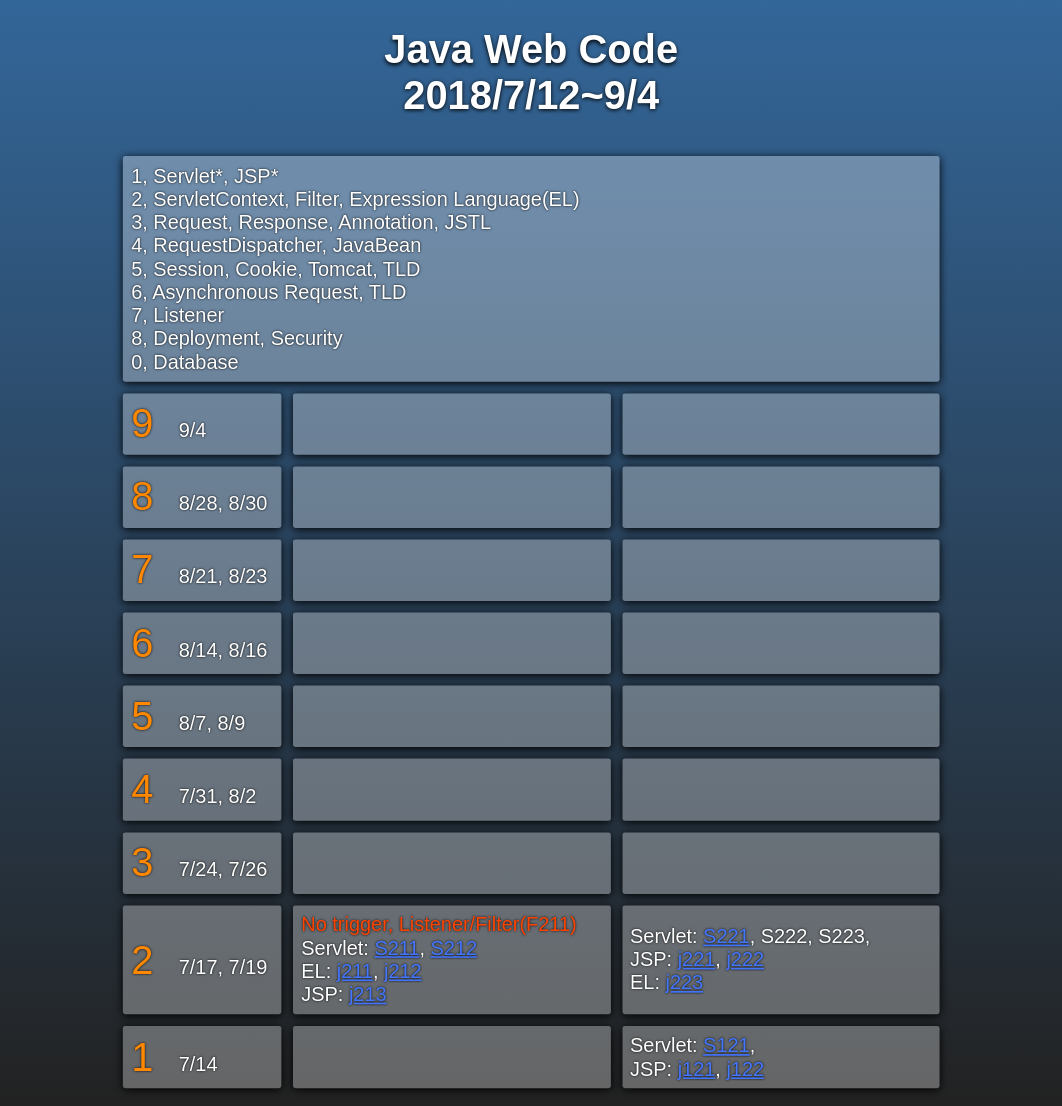
Repository: anxhuang/Java_Web
Page: http://localhost/code/
The author's editor kept a copy of each file at every save. The page is drawn from the files as they stood at one save, then again after the next save.
The browser window is 1280 px wide. The pictures show the whole page, at 83% of full size.
The page is served by Tomcat 9. Other server files are loaded and not shown.

Above is the page before, as saved 2018-07-24 10:23:45.

### code/WebContent/index.html
<!DOCTYPE html>
<html>
<head>
<meta charset="BIG5">
<title>Insert title here</title>
<style>
	body{
		font-size: 0.25in;
		font-family: Arial;
		background: linear-gradient(#369, #222);;
		/*background-image: url("https://fsa.zobj.net/crop.php?r=ao88GxCisk4oY2NINS9REEtIWhpZOc22-qItDMLD3PM32O_JkS6wNJkg6nyYIREcmC0vWqaqI6LJaUOxd-WXbPJcJwdQ8BFboZ63vqok2a4Dr1BmLINjzf1ENB44EzZlDTbMtV754atZi7iy");*/
		/*background-size: cover;*/
	}
	h1{
		color: #FFF;
		text-shadow: 0px 2px 5px #000;
		text-align: center;
	}
	h2{
		text-align: center;
	}
	orange{
		color: #F80;
		font-size: 0.5in;
		margin-right: 0.25in;
	}
	table{
		width: 80%;
		margin: 0 auto;
		border-spacing: 0.15in;
	}
	td{
		color: #FFF;
		text-shadow: 0px 0px 3px #000;
		padding: 0.1in;
		background: rgba(255,255,255,0.30);
		box-shadow: 0px 2px 10px #000;
		border-radius: 3px;
	}
	td:first-child{
		width: 20%;
	}
	td:nth-child(2){
		width: 40%;
	}
	td:nth-child(3){
		width: 40%;
	}
	a:link		{color: #47F;}
	a:visited	{color: #47F;}
</style>
</head>
<body>

	<h1>Java Web Code<br>2018/7/12~9/4</h1>

	<table>
		<tbody>
			<tr>
				<td colspan="3">
					1, Servlet*, JSP*<br>
					2, ServletContext, Filter, Expression Language(EL)<br>
					3, Request, Response, Annotation, JSTL<br>
					4, RequestDispatcher, JavaBean<br>
					5, Session, Cookie, Tomcat, TLD<br>
					6, Asynchronous Request, TLD<br>
					7, Listener<br>
					8, Deployment, Security<br>
					0, Database
				</td>
			</tr>
			<tr>
				<td><orange>9</orange> 9/4</td>
				<td></td>
				<td></td>
			</tr>
			<tr>
				<td><orange>8</orange> 8/28, 8/30</td>
				<td></td>
				<td></td>
			</tr>
			<tr>
				<td><orange>7</orange> 8/21, 8/23</td>
				<td></td>
				<td></td>
			</tr>
			<tr>
				<td><orange>6</orange> 8/14, 8/16</td>
				<td></td>
				<td></td>
			</tr>
			<tr>
				<td><orange>5</orange> 8/7, 8/9</td>
				<td></td>
				<td></td>
			</tr>
			<tr>
				<td><orange>4</orange> 7/31, 8/2</td>
				<td></td>
				<td></td>
			</tr>
			<tr>
				<td><orange>3</orange> 7/24, 7/26</td>
				<td></td>
				<td></td>
			</tr>
			<tr>
				<td><orange>2</orange> 7/17, 7/19</td>
				<td>
					<font color="#F40">No trigger, Listener/Filter(F211)</font>
					<br>
					Servlet:
					<a href="S211">S211</a>,
					<a href="S212">S212</a>
					<br>
					EL:
					<a href="j211.jsp">j211</a>,
					<a href="j212.jsp">j212</a>
					<br>
					JSP:
					<a href="j213.jsp">j213</a>
				</td>
				<td>
					Servlet:
					<a href="S221">S221</a>,
					S222,
					S223,
					<br>
					JSP:
					<a href="j221.jsp">j221</a>,
					<a href="j222.jsp">j222</a>
					<br>
					EL:
					<a href="j223.jsp">j223</a>
				</td>
			</tr>
			<tr>
				<td><orange>1</orange> 7/14</td>
				<td></td>
				<td>
					Servlet:
					<a href="S121">S121</a>,
					<br>
					JSP:
					<a href="j121.jsp">j121</a>,
					<a href="j122.jsp">j122</a>
				</td>
			</tr>
		</tbody>
	</table>
</body>
</html>

After the next save:
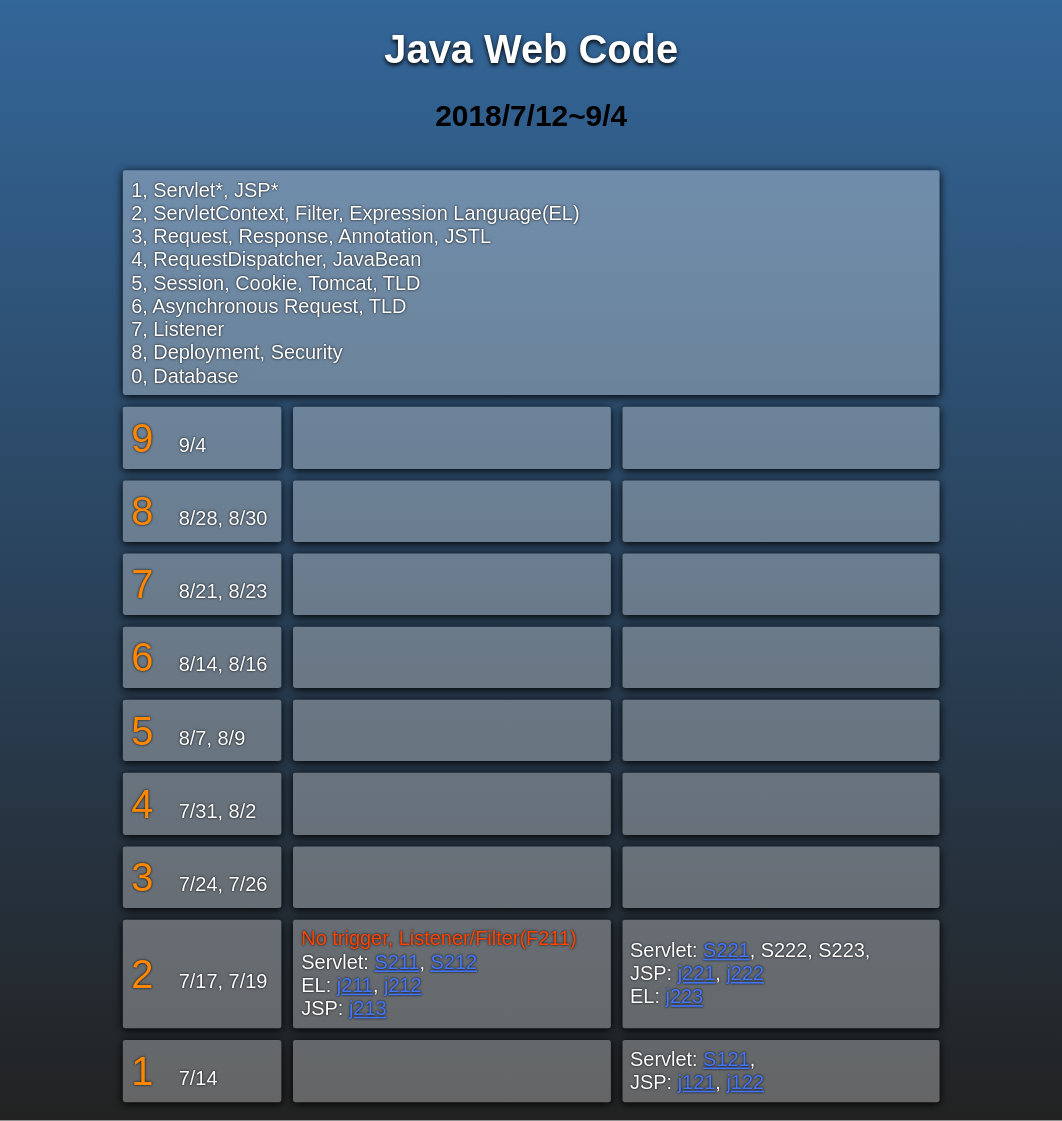
Saved 30 s later.
--- a/code/WebContent/index.html
+++ b/code/WebContent/index.html
@@ -52,7 +52,7 @@
 </head>
 <body>
 
-	<h1>Java Web Code<br>2018/7/12~9/4</h1>
+	<h1>Java Web Code</h1><h2>2018/7/12~9/4</h2>
 
 	<table>
 		<tbody>
